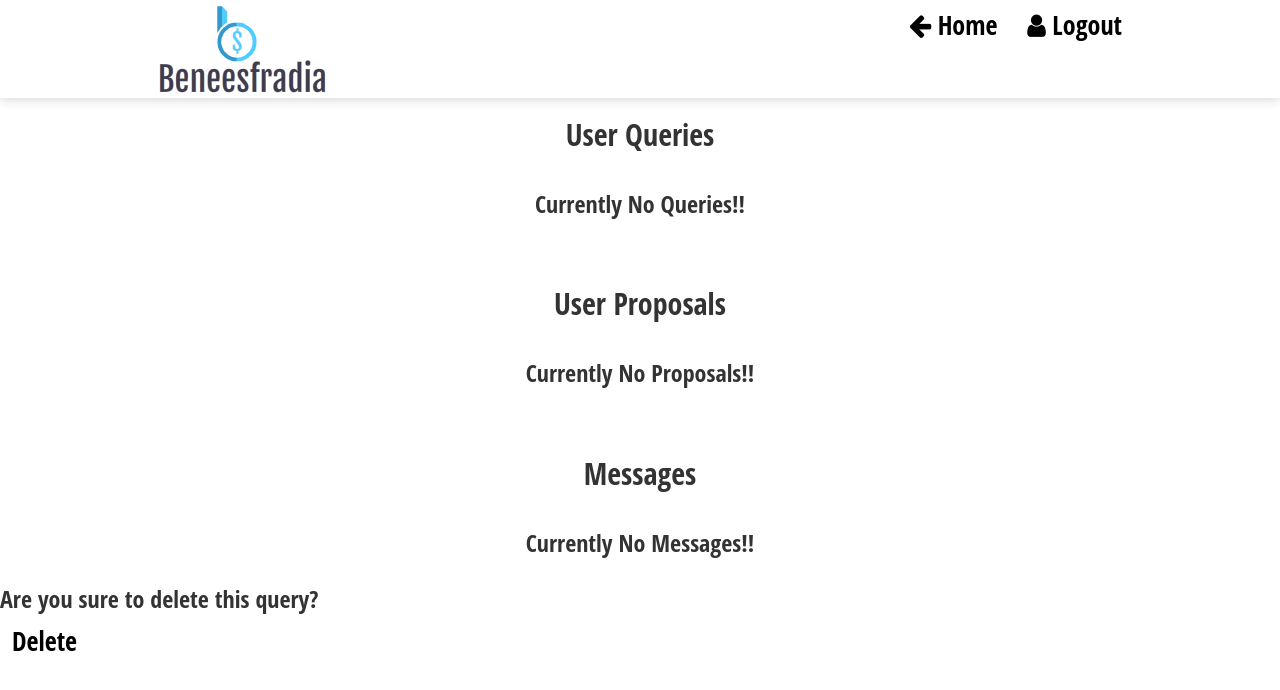
Repository: intkhabahmed/AcceleratedBootcampWebsites
Page: http://localhost/BeneesFradia/UI/profile.jsp
The author's editor kept a copy of each file at every save. The page is drawn from the files as they stood at one save, then again after the next save.
The browser window is 1280 px wide. The pictures show the whole page.
Some web fonts or font styles are not loaded; a fallback is used. The page is served by Tomcat 9. Nobody is signed in. The application's start-up code is not run. Other server files are loaded and not shown. The template is opened directly, without the code that normally fills it, so the values that code supplies are empty.

Above is the page before, as saved 2018-02-12 06:26:50.

### BeneesFradia/WebContent/UI/profile.jsp
<%@ page language="java" contentType="text/html; charset=ISO-8859-1"
    pageEncoding="ISO-8859-1"%>
<%@taglib uri="http://java.sun.com/jsp/jstl/core" prefix="c" %>
<%@taglib uri="http://java.sun.com/jstl/fmt" prefix="fmt" %>
<!DOCTYPE html PUBLIC "-//W3C//DTD HTML 4.01 Transitional//EN" "http://www.w3.org/TR/html4/loose.dtd">
<html>
<head>
	<meta http-equiv="Content-Type" content="text/html; charset=ISO-8859-1">
	<title>MyProfile</title>
	<meta name="viewport" content="width=device-width, initial-scale=1.0">
	<link rel="stylesheet" type="text/css" href="css/bootstrap.min.css">
	<link rel="stylesheet" type="text/css" href="css/font-awesome.min.css">
	<link rel="stylesheet" type="text/css" href="css/custom.css">
	<link href='https://fonts.googleapis.com/css?family=Open Sans Condensed:300' rel='stylesheet'>
</head>
<body>
	<div id="profile_logo_container">
		<div class="container">
			<div class="col-sm-6">
				<a id="profileLogo" href="index.html"><img src="images/logo.png" alt="BeneesFradia"></a>
			</div>
			<div class="col-sm-6">
				<ul class="nav navbar-nav navbar-right">
					<li><a href="index.html" ><i class="fa fa-arrow-left"></i> Home</a></li>
					<li><a href="logout.html" ><i class="fa fa-user"></i> Logout</a></li>
				</ul>
			</div>
		</div>
	</div>

<div class="container">
	<div class="row" id="QuerySection">
		<h2 align="center">User Queries</h2>
		<hr>
		<c:if test="${queries ne null}">
			<table class="table table-bordered">
			<tr>
				<th>Sender Name</th>
				<th>Query</th>
				<th>Query Date</th>
				<th>Answer</th>
				<th>Action</th>
			</tr>

			<c:forEach items="${queries}" var="q">
				<tr>
					<td>${q.sender}</td>
					<td>${q.query}</td>
					<td>${q.queryDate}</td>
					<td>
					<c:if test="${q.reply eq null }">
						<form action="replyQuery.html" method="post" id="queryReply_form">
							<div class="form-group">
								<input type="hidden" name="queryId" value="${q.queryId}" />
								<textarea class="form-control" rows="5" placeholder="Enter the answer here" name="reply"></textarea>
								<input type="submit" name="querySubmit_btn" class="form-control btn btn-info" />
							</div>
						</form>
					</c:if>
					<c:if test="${q.reply ne ''}">
						<span>${q.reply}</span>
					</c:if>
					</td>
					<td><button id="deleteQuery_btn" class="btn btn-info">Delete</button></td>
				</tr>
			</c:forEach>
		</table>
		</c:if>
		<c:if test="${queries eq null}">
			<h3 class="text-center">Currently No Queries!!</h3>
		</c:if>
	</div>
	<hr>
	<div class="row" id="ProposalSection">
		<h2 class="text-center">User Proposals</h2>
		<hr>
		<c:if test="${proposals ne null}">
		<table class="table table-bordered">
			<tr>
				<th>Submitted By</th>
				<th>Proposal File Name</th>
				<th>Proposal Date</th>
				<th>Action</th>
			</tr>
			<c:forEach items="${proposals}" var="proposal">
				<tr>
					<td>${proposal.teamName}</td>
					<td>${proposal.fileName}</td>
					<td>${proposal.proposalDate}</td>
					<td><a href="downloadProposal.html?proposalId=${proposal.proposalId}" target="_blank"
					class="btn btn-info">Download</a></td>
				</tr>
			</c:forEach>
		</table>
		</c:if>
		<c:if test="${proposals eq null}">
			<h3 class="text-center">Currently No Proposals!!</h3>
		</c:if>
	</div>
	<hr>
	<div class="row" id="MessageSection">
		<h2 class="text-center">Messages</h2>
		<hr>
		<c:if test="${messages ne null}">
		<table class="table table-bordered">
			<tr>
				<th>Sent to</th>
				<th>Sent on</th>
				<th>Message</th>
			</tr>
			<c:forEach items="${messages}" var="message">
				<tr>
					<td>${message.receiver}</td>
					<td>${message.messageDate}</td>
					<td>${message.message}</td>
				</tr>
			</c:forEach>
		</table>
		</c:if>
		<c:if test="${messages eq null}">
			<h3 class="text-center">Currently No Messages!!</h3>
		</c:if>
	</div>
</div>
<div id="confirmWindow">
	<h3>Are you sure to delete this query?</h3>
	<a href="deleteQuery.html" class="btn btn-default">Delete</a>
</div>
<c:if test="${successMessage ne null}">
<%-- 	<div class="alert alert-success" role="alert">"${successMessage}"</div> --%>
	<script>
		alert("${successMessage}");
	</script>
</c:if>
<script type="text/javascript" src="js/jquery-3.1.0.min.js"></script>
<script type="text/javascript" src="js/bootstrap.min.js"></script>
<script type="text/javascript" src="js/custom.js"></script>
</body>
</html>

### BeneesFradia/WebContent/css/custom.css
/****************************Common CSS**************************/
.padding-10x{
	padding: 10px;
}
.padding-5x{
	padding: 5px;
}
.padding-20x{
	padding: 20px;
}

.center{
	display: block;
	margin: 0 auto;
}
.no-margin {
	margin: 0;
}
.error {
	color: red;
}
#errorBlock{
	position: absolute;
	top: 15%;
	width: 100%;
}
body {
	font-family: Open Sans Condensed !important;
	font-size: 20px !important;
}
.dropdown-menu {
	font-size: 18px;
    background-color: #000;
    opacity: 0.7;
    border: 1px solid #ccc;
    border: 1px solid rgba(0,0,0,.15);
    border-radius: 0px;
    top: 110%;
}

.dropdown-menu li a:hover {
	color: #51ccf9;
	background: #000000;
	opacity: 1;
}
.dropdown> a{
	max-height: 36px;
}

input, button, .form-control, .btn {
	border-radius: 0px !important;
}

/***********************Index Page*********************************/
hr {
	border-top: none;
}
#home {
	padding-top: 94px;
}
#formContainer {
	border-radius: 15px;
	padding: 10px;
	z-index: 1;
}

#login_btn_cover {
	padding: 3px;
}

#homeBannerImage{
	min-height: 370px;
	z-index: 1;
}

@media screen and (min-width: 991px){
	.dropdown-menu li a{
		color: #ffffff;
	}
	.navbar-custom-fitting {
		width: 100%;
	}
	.container {
		max-width: 1024px;
	}

	.navbar-brand {
		padding: 10px !important;
		height: auto;
	}
	#main-nav {
		margin-top: 39px;
		height: 53px;
		padding-top: 30px;
	}
	nav> .container {
		height: 70px;
	}

	.carousel {
		width: 100%;

	}
	.carousel-inner>.item>img {
		width: 100%;
	}
	#loginWindow {
		width: 30vw;
		left: 35vw;
	}
	#uploadWindow {
		width: 40vw;
		left: 30vw;
	}
}

@media screen and (min-width: 768px) and (max-width: 990px){
	#main-nav {
		height: 40px;
		padding-top: 40px;
		margin-top: 30px;
	}

	.navbar-custom-fitting {
		width: 100%;
	}
	.navbar-brand {
		padding: 10px !important;
    	height: auto;
	}
	#login_button {
		margin-bottom: 2px;
		margin-left: 5px;
	}
	nav> .container {
		height: 92px;
	}
	.carousel {
		width: 100%;
		height: 60vh;
	}
	.carousel-inner>.item>img {
		width: 100%;
		height: 60vh;
	}
	.container {
		max-width: 100%;
		width: 100%;
	}
	#loginWindow {
		width: 40vw;
		left: 35vw;
	}
	#uploadWindow {
		left: 30vw;
		width: 40vw;
	}
}

@media screen and (max-width: 767px){
	nav> .container {
		padding: 2px;
		width: 100%;
		height: auto;
	}

	.navbar-custom-fitting {
		width: 100%;
	}
	.navbar-brand {
		padding: 0px 25px !important;
	}
	.navbar-header {
		height: 90px;
	}
	#main-nav {
		margin-top: 39px;
		background-color: #ffffff;
   	 	padding: 15px;

	}
	#login_button {
		margin: 5px 15px;
		cursor: pointer;
	}
	.carousel {
		width: 100%;
		height: 50vh;
		margin: 0 auto;
	}
	.carousel-inner>.item>img {
		width: 100%;
		height: 50vh;
	}
	.container {
		max-width: 100%;
		width: 100%;
	}
	#loginWindow {
		width: 100%;
	}
	#uploadWindow {
		width: 100%;
	}
	#shortcut_links .col-sm-4 img {
		display: block;
		margin: 5px auto;
		width: 100%;
	}
	.navbar-toggle {
		margin-top: 30px;
    	margin-right: 45px;
	}
}

.navbar-nav {
	font-size: 26px !important;
}

#login_button {
	cursor: pointer;
	margin-left: 5px;
}

.navbar-nav> .active a {
	border-bottom: 2px solid #00b1d7 ;
	color: #3399cc !important;
	background-color: transparent !important;
}

.navbar {
	border-radius: 0px;
}

.navbar-custom {
	background: #FFFFFF;
}

.navbar-nav a {
	transition: all 0.5s ease-in-out;
}

.contact-form-fields input {
	margin: 3px 0;

}

.navbar-nav a{
	color: #000000;
}

.navbar-custom-fitting {
	position: fixed;
	top: 0;
	z-index: 1030;
	box-shadow: -1px 1px 11px 0px #d2d2d2;
}

.navbar-nav>li>a {
	padding: 8px 15px !important;
}

/***********************UserProfile Page*********************************/
.navbar-toggle>.icon-bar {
	background-color: #000000;
}
.navbar-toggle {
	border-color: #000000;
}
.navbar-toggle:hover {
	border-color: #333333;
	background-color: #eeeeee;
}

/***********************Footer******************************************/
/*#footer{
	padding: 5px;
	width: 100%;
	background: #000;
	color: #fff;
	position: fixed;
	bottom: 0;
	min-height: 60px;
}*/

#footer footer{
	margin-top: 30px;
}

/***********************Error Page*********************************/
#errorBlock{
	position: absolute;
	top: 15%;
	width: 100%;
}

/***********************Login Modal View*********************************/
.overlay {
	position: fixed;
	top: 0;
	left: 0;
	width: 100%;
	opacity: 0.7;
	min-height: 100%;
	display: none;
	background-color: #000000;
	z-index: 1031;
	cursor: pointer;
}
#loginWindow {
	position: fixed;
	top: 25vh;
	z-index: 1032;
	opacity: 1;
	display: none;
	color: #ffffff;
	background-color: #00b1d7;
	padding: 10px;
}
#loginWindow a {
	color: #262525;
}

#uploadWindow {
	position: fixed;
	top: 25vh;
	z-index: 1032;
	opacity: 1;
	display: none;
	color: #ffffff;
	background-color: #00b1d7;
	padding: 10px;
}
#login_form input, #upload_form input, #queryReply_form input{
	margin: 10px 0;

}

textarea {
    resize: none;
}

#left-control-button, #right-control-button {
	padding-bottom: 5px;
	background-color: #ffffff;
	color: #000000;
}

#aboutus {
	padding: 10px;
	color: #262525;
}
.client_desc {
	border: 2px solid #eeeeee;
	padding: 10px;
}

#aboutus h2, .client_desc h3{
	color: #3399cc;
}
.carousel-control {
	top: 50%;
}
.carousel-control.left, .carousel-control.right {
	background-image: none;
	height: 10px
}

#downarrow {
	position: absolute;
	bottom: 40px;
	left: 50%;
	z-index: 1;
}


#contactus {
	background: url('../images/contactbg.png');
	color: #ffffff;
	width: 100%;
	padding: 10px;
}
#contactus form select, #contactus form textarea{
	background: transparent;
	color: #ffffff;
}
select option {
	background: transparent;
	color: #333333;
}
#contactus form .form-control {
	border-color: #919191;
	border-radius: 0px;
}
#contactus form select {
	margin: 5px 0;
}
#sendMail_btn {
	background: #00b1d7 !important;
	font-size: 26px;
	padding-top: 0px;
	color: #000000 !important;
	border: 0px;
}

#login_btn, #uploadSubmit_btn, input[type=submit], .btn {
	font-size: 26px;
	padding-top: 0px;
	color: #000000 !important;
	border: 0px;
}

#sendMail_btn:hover {
	color: #ffffff !important;
}

#login_btn:hover, #uploadSubmit_btn:hover, input[type=submit]:hover, .btn:hover {
	color: #00b1d7 !important;
}
.contactus_body {
	height: 298px;
}
.img-container {
	overflow: hidden;
    line-height: 1.42857143;
    background-color: #fff;
    max-width: 324px;
}

#profile_logo_container {
	box-shadow: 0px 1px 11px 0px #d2d2d2;
	padding: 5px;
	width: 100%;
}

### BeneesFradia/WebContent/js/custom.js
$(function(){
	$("nav a").click(function(){
		$('html, body').animate({
        scrollTop: $(this.hash).offset().top - 120
    }, 1500);
    return false;
	});

	$("nav a").click(function(){
		$("nav li").removeClass("active");
		$(this).parent().addClass("active");
	});


	$(".overlay").on('click', function(){
		$(this).fadeOut();
		$("#loginWindow").fadeOut();
		$("#uploadWindow").fadeOut();
	});

	$("#uploadForm, #uploadForm_shortcut").on('click', function(){
		$(".overlay").fadeIn();
		$("#uploadWindow").fadeIn();
		return false;
	});

	$(".carousel-control.left").mouseenter(function(){
		$("#left-indicator img").attr("src", "images/leftarrow_ro.png");
	});
	$(".carousel-control.right").mouseenter(function(){
		$("#right-indicator img").attr("src", "images/rightarrow_ro.png");
	});

	$(".carousel-control.left").mouseleave(function(){
		$("#left-indicator img").attr("src", "images/leftarrow.png");
	});
	$(".carousel-control.right").mouseleave(function(){
		$("#right-indicator img").attr("src", "images/rightarrow.png");
	});

	$("#proposalSubmit_btn").bind('click', function(){
		var input = document.getElementById("fileInput");
		if(input.files[0].size >= 10485760){
			alert("File size should be less than 10MB");
			return false;
		}else{
			$("#upload_form").attr("action", "uploadFile.html");
			return true;
		}
	});

	$("#login_button img").mouseenter(function(){
		$(this).attr("src", "images/loginbtn_over.png");
	});
	$("#login_button img").mouseleave(function(){
		$(this).attr("src", "images/loginbtn.png");
	});

	$("#shortcut_links img").mouseleave(function(){
		$(this).css("transform", "scale(1)");
		$(this).css("transition", "all .5s ease-out");
	});

	$("#shortcut_links img").mouseenter(function(){
		$(this).css("transform", "scale(1.1)");
		$(this).css("transition", "all .5s ease-in");
	});

	$("#forgotPass").click(function(){
		alert("Please Contact Support Team");
	});

});
function showLoginPage(){
	$(".overlay").fadeIn();
	$("#loginWindow").fadeIn();
}

Loaded but not shown: BeneesFradia/WebContent/css/bootstrap.min.css (library); BeneesFradia/WebContent/css/font-awesome.min.css (library); BeneesFradia/WebContent/js/jquery-3.1.0.min.js (library); BeneesFradia/WebContent/js/bootstrap.min.js (library)

After the next save:
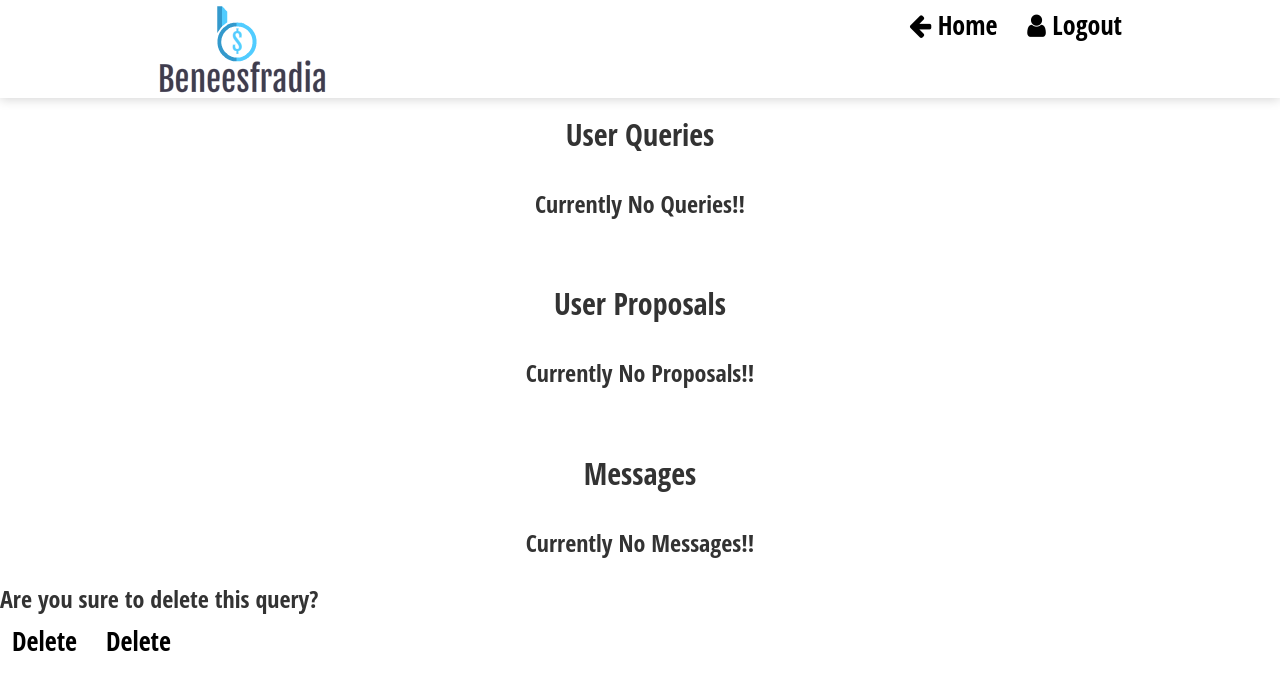
Saved 28 s later.
--- a/BeneesFradia/WebContent/UI/profile.jsp
+++ b/BeneesFradia/WebContent/UI/profile.jsp
@@ -125,6 +125,7 @@
 <div id="confirmWindow">
 	<h3>Are you sure to delete this query?</h3>
 	<a href="deleteQuery.html" class="btn btn-default">Delete</a>
+	<button id="cancel_btn" class="btn btn-default">Delete</button>
 </div>
 <c:if test="${successMessage ne null}">
 <%-- 	<div class="alert alert-success" role="alert">"${successMessage}"</div> --%>
